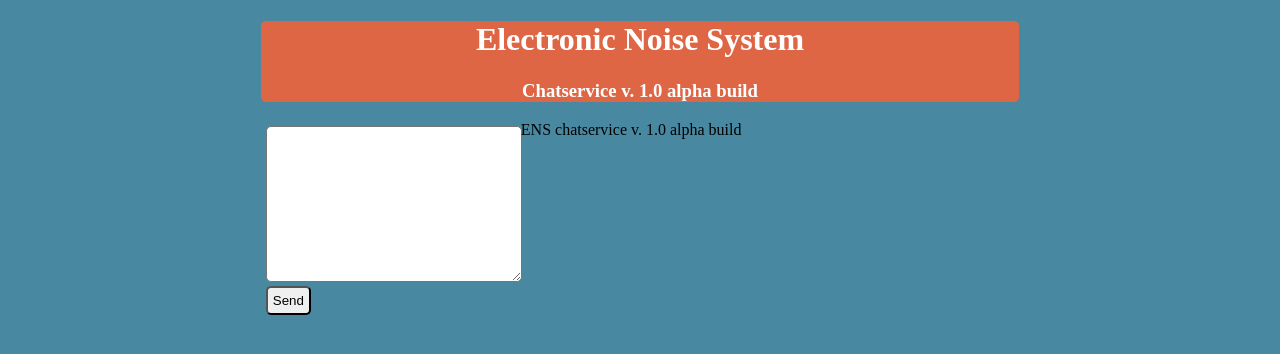
Repository: kn222gp/1dv403-laborationer
Page: 2-labbymezzage/index.html
The author's editor kept a record of every edit. The page is drawn from the files as they stood at one moment, then again after the next edit.
The browser window is 1280 px wide. The pictures show the whole page.

Above is the page before.

### 2-labbymezzage/index.html
<!DOCTYPE html>
<html lang="sv">
<head>
	<meta charset="UTF-8" />
 	<title>Labby Mezzage</title>
 	<link rel="stylesheet" href="style.css" type="text/css"/>

 	<script type="text/javascript" src="message.js"></script>
    <script type="text/javascript" src="messageBoard.js"></script>
</head>
<body>
    <header>
        <h1>Electronic Noise System</h1>
        <h3>Chatservice v. 1.0 alpha build</h3>
    </header>
    <main>
        <form>
            <textarea name="text" id="textarea" cols="30" rows="10"></textarea>
            <input type="submit" id="send" value="Send"/>
        </form>
    </main>

    <footer>
        <p>ENS chatservice v. 1.0 alpha build</p>
    </footer>
</body>
</html>

### 2-labbymezzage/style.css
body{
    background-color: #4889a1;
}

header{
    background-color: #de6645;
    color: white;
    margin-left: auto;
    margin-right: auto;
    text-align:center;
    border-radius: 5px;
    width:60%;
}



h1, h2, h3{
    text-align: center;
}

main{
    width: 60%;
    height: 100%;
    margin-left:auto;
    margin-right:auto;
    background-color: #22414d;
    border-radius: 5px;
}

form{
    float:left;
    width: 250px;
    padding: 5px;
}

section{
    float:left;
    border-radius: 5px;
    max-width: 800%;
    background-color: #de6645;
    padding:5px;
}

#textarea{
    width: 100%;
    max-width:250px;
    border-radius: 5px;

}

input{
    border-radius: 5px;
    padding: 5px;

}

### 2-labbymezzage/message.js
"use strict";

var Message = function (message, date){

    this.getText = function(){
        return message;
    };

    this.setText = function(_text){
        message = _text;
    };



    this.getDate = function(){
        return date;
    };

    this.setDate = function(_date){
        date = _date;
    };
};

Message.prototype.toString = function(){
  return this.getText() + " (" + this.getDate() + ")";
};

Message.prototype.getHTMLText = function(){
    return this.getText().replace(/[\n\r]/g, "<br/>");
};

Message.prototype.getDateText = function(){

    var Hours = this.getDate().getHours();
    var Minutes = this.getDate().getMinutes();
    var Seconds = this.getDate().getSeconds();

    return Hours + ":" + Minutes + ":" + Seconds;
};

### 2-labbymezzage/messageBoard.js
"use strict";

window.onload = function (){

    var messages = [];
    var areaText = document.getElementById("textarea");
    var send = document.getElementById("send");
    var messageObject = {};

    send.addEventListener("click", function(e){
        e.preventDefault();
        messageObject = new Message(areaText.value, new Date());
        messages.push(messageObject);       /* ".push" pushes the latest object into the last position in the array. */


/*    var enter = document.getElementById("textarea");
    enter.addEventListener("keydown", function(e) {

        if(e.keyCode === 13 && !e.shiftKey)
        {
            e.preventDefault();
            if(areaText.value !== "")
            {
                messageObject = new Message(areaText.value, new Date());
                messages.push(messageObject);

                renderMessage(messages.length-1);
            }

            else
            {
                console.log("ny rad asså.");
            }
        }
    }); */


        renderMessage(messages);
    });



    var renderMessage = function(){

        var messageSection = document.getElementById("messageSection");
        var text = document.createTextNode("p");

        messageSection.appendChild(text);


        for(var i = 0; i < messages.length; i+=1)
        {
            messageSection.innerHTML = messages[i];
        }


    };

};

After the next edit:
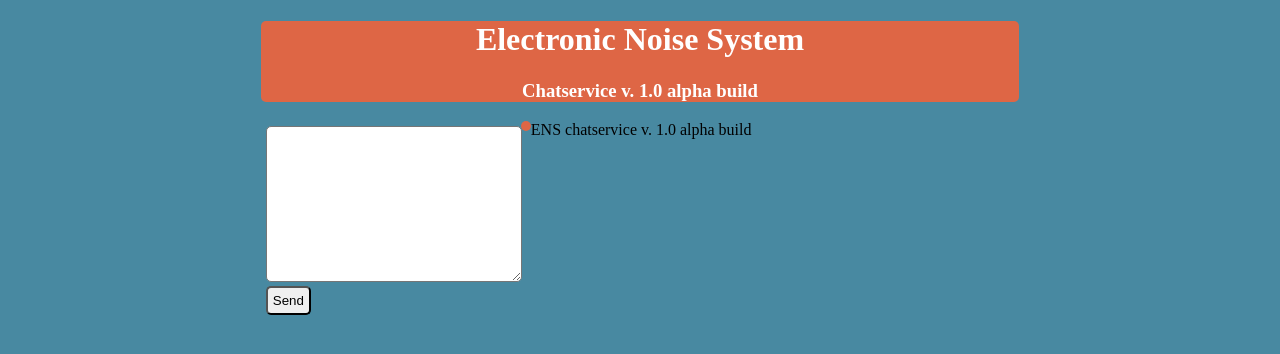
The edit:
--- a/2-labbymezzage/index.html
+++ b/2-labbymezzage/index.html
@@ -20,6 +20,10 @@
         </form>
     </main>
 
+    <section id="section">
+
+    </section>
+
     <footer>
         <p>ENS chatservice v. 1.0 alpha build</p>
     </footer>
